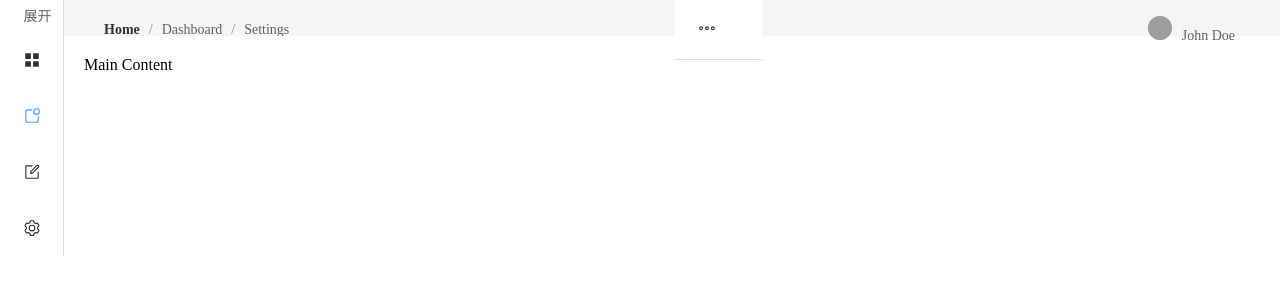
Repository: IsHexx/VerityX
Page: /home (app in front/)
These files come from the project's save history. The page is drawn as it stood at one moment and after a run of saves; the edit follows.
The browser window is 1280 px wide. The pictures show the whole page.
Pictures or frames that could not be fetched are drawn as grey boxes. The project was rebuilt for these pictures with package versions that can differ from the ones it lists, and the page was loaded fresh each time. Also part of the build but not shown: front/vue.config.js, front/src/components/UserlLogin.vue.

Above is the page before, as saved 2024-10-08 17:20:09.

### front/src/App.vue
<template>
  <router-view></router-view>
</template>

<script>
export default {
  name: 'App',
};
</script>

<style>
*{
 margin:0;
 padding:0
}
</style>

### front/src/router/index.js
import { createRouter, createWebHistory } from 'vue-router';
import UserLogin from '@/components/UserlLogin.vue';
import HomePage from '@/views/HomePage.vue';


const routes = [
  {
    path: '/login',
    name: 'Login',
    component: UserLogin
  },
  {
    path: '/home',  // 新增的导航页面路由
    name: 'Home',
    component: HomePage
  }
];

const router = createRouter({
  history: createWebHistory(),
  routes
});

// 路由守卫，检查登录状态
router.beforeEach((to, from, next) => {
  const token = localStorage.getItem('token');
  if (to.matched.some(record => record.meta.requiresAuth) && !token) {
    next({ name: 'Login' });
  } else {
    next();
  }
});

export default router;

### front/src/store/index.js
import { createStore } from 'vuex';
import { login } from '@/api/auth';

export default createStore({
    state: {
        user: null,
        token: null,
    },
    mutations: {
        SET_USER(state, user) {
            state.user = user;
        },
        SET_TOKEN(state, token) {
            state.token = token;
        },
        LOGOUT(state) {
            state.user = null;
            state.token = null;
        }
    },
    actions: {
        async login({ commit }, credentials) {
            try {
                const response = await login(credentials);
                const { user, token } = response.data;
                commit('SET_USER', user);
                commit('SET_TOKEN', token);
                return true;
            } catch (error) {
                console.error('登录失败:', error);
                return false;
            }
        },
        logout({ commit }) {
            commit('LOGOUT');
        }
    }
});

### front/src/views/HomePage.vue
<template>
    <div class="common-layout">
        <el-container>
            <!-- 侧边栏 -->
            <el-aside class="fixed-aside">
                <common-aside></common-aside>
            </el-aside>

            <!-- 右侧内容，Header 和 Main 为上下布局 -->
            <el-container direction="vertical">
                <!-- Header 部分 -->
                <el-header height="60px">
                    <common-header></common-header>
                </el-header>

                <!-- Main 部分 -->
                <el-main>
                    Main Content
                </el-main>
            </el-container>
        </el-container>
    </div>
</template>

<script>
import CommonHeader from "../components/CommonHeader.vue";
import CommonAside from "../components/CommonAside.vue";

export default {
    components: {
        CommonAside,
        CommonHeader,
    }
}
</script>

<style scoped>
.common-layout {
    height: 100vh; /* 设置整体布局占满整个视口高度 */
}

.fixed-aside {
  background-color: #ffffff;
  color: #333;
  height: calc(100vh);
  overflow-y: auto;
  width: auto;
  max-width: 200px;
  border-radius: 20px 0px 0px 20px;
}

.common-layout > .el-container {
    height: 100%;
}


.common-layout > .el-container > .el-container > .el-header {
    background-color: #f5f5f5;
    padding: 0 20px;
    height: 5%; /* 固定 Header 的高度 */
}

.common-layout > .el-container > .el-container > .el-main {
    padding: 20px;
    background-color: #fff;
    height: calc(100vh - 5%); /* Main 高度等于视口高度减去 Header 的高度 */
}
</style>

### front/src/api/auth.js
import axios from 'axios';

export function login(data) {
    return axios.post('/api/login', data);
}

### front/src/components/CommonHeader.vue
<template>
  <el-header class="header">
    <!-- 面包屑导航 -->
    <el-breadcrumb separator="/">
      <el-breadcrumb-item to="/">Home</el-breadcrumb-item>
      <el-breadcrumb-item>Dashboard</el-breadcrumb-item>
      <el-breadcrumb-item>Settings</el-breadcrumb-item>
    </el-breadcrumb>
    <el-menu
    :default-active="activeIndex"
    class="el-menu-demo"
    mode="horizontal"
    @select="handleSelect"
  >
    <el-menu-item index="1">Processing Center</el-menu-item>
    </el-menu>
    <!-- 用户名 + 下拉菜单 -->
    <div class="user-menu">
      <el-dropdown>
        <span class="el-dropdown-link">
          <el-avatar size="small" :src="userAvatar" class="avatar"></el-avatar>
          <span>{{ username }}</span>
          <i class="el-icon-arrow-down el-icon--right"></i>
        </span>
        <template #dropdown>
          <el-dropdown-menu>
            <el-dropdown-item @click="handleProfile">Profile</el-dropdown-item>
            <el-dropdown-item @click="handleLogout">Logout</el-dropdown-item>
          </el-dropdown-menu>
        </template>
      </el-dropdown>
    </div>
  </el-header>
</template>

<script setup>
import { ref } from 'vue'
import { useRouter } from 'vue-router'

const router = useRouter()

// 假设从 Vuex 或其他状态管理中获取用户名和头像
const username = ref('John Doe')
const userAvatar = ref('https://example.com/avatar.png')

const handleProfile = () => {
  // 跳转到用户资料页面
  router.push('/profile')
}

const handleLogout = () => {
  // 处理登出逻辑，比如清除用户状态并跳转到登录页面
  console.log('User logged out')
  router.push('/login')
}
</script>

<style scoped>
.header {
  display: flex;
  justify-content: space-between;
  align-items: center;
  padding: 0 20px;
  background-color: #f5f5f5;
  border-bottom: 1px solid #eaeaea;
}

.user-menu {
  display: flex;
  align-items: center;
}

.avatar {
  margin-right: 10px;
}
</style>

### front/src/components/CommonAside.vue
<template>
  <div class="aside">
    <el-menu
      default-active="2"
      class="el-menu-vertical-demo"
      :collapse="isCollapse"
      @open="handleOpen"
      @close="handleClose"
    >
      <el-button
        :icon="isCollapse ? 'el-icon-arrow-right' : 'el-icon-arrow-down'"
        @click="toggleCollapse"
        style="width: 55px; border: 0px"
      >
        {{ isCollapse ? "展开" : "折叠" }}
      </el-button>
      <el-sub-menu index="1">
        <template #title>
          <el-icon><House /></el-icon>
          <span>Navigator One</span>
        </template>
        <el-menu-item-group>
          <el-menu-item index="1-1">item one</el-menu-item>
          <el-menu-item index="1-2">item two</el-menu-item>
        </el-menu-item-group>
          <el-menu-item index="1-3">item three</el-menu-item>
          <el-menu-item index="1-3">item four</el-menu-item>
      </el-sub-menu>
      <el-menu-item index="2">
        <el-icon><Notification /></el-icon>
        <template #title>Navigator Two</template>
      </el-menu-item>
      <el-menu-item index="3">
        <el-icon><Edit /></el-icon>
        <template #title>Navigator Three</template>
      </el-menu-item>
      <el-menu-item index="4">
        <el-icon><setting /></el-icon>
        <template #title>Navigator Four</template>
      </el-menu-item>
    </el-menu>
  </div>
</template>

  <script  setup>
import { ref } from "vue";
import {
  Menu as House,
  Edit,
  Notification,
  Setting,
} from "@element-plus/icons-vue";

const isCollapse = ref(true);

const toggleCollapse = () => {
  isCollapse.value = !isCollapse.value;
};
const handleOpen = (key) => {
  console.log(key);
};
const handleClose = (key) => {
  console.log(key);
};
</script>

  <style>
.aside {
  background-color: #ffffff;
}
.el-menu-vertical-demo:not(.el-menu--collapse) {
  width: 100%;
  height: 100%; /* 确保菜单占据整个父容器高度 */
  /*overflow-y: clip; !* 使菜单内容滚动 *!*/
  /* min-height: 400px; */
  background-color: #ffffff;
}
</style>

Loaded but not shown: front/public/index.html (common file); front/src/main.js (common file)

After the next 3 saves:
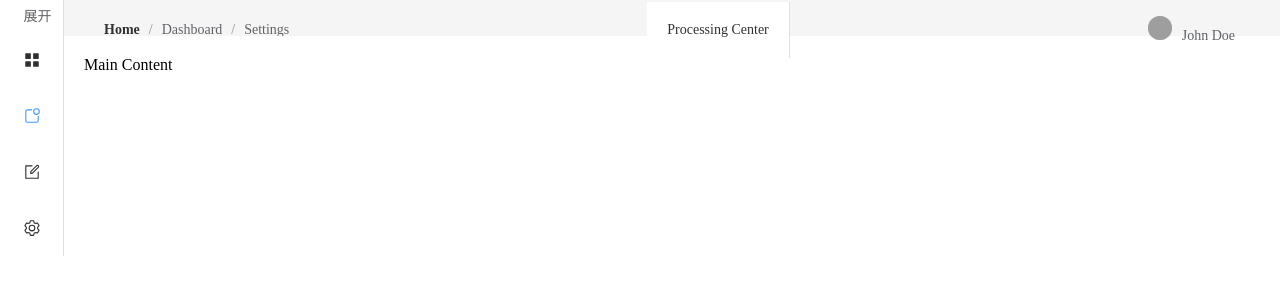
The 3 saves are shown as one change because 1 did not build or start and some came seconds apart.
The last was saved 37 s later.
--- a/front/src/components/CommonHeader.vue
+++ b/front/src/components/CommonHeader.vue
@@ -7,10 +7,7 @@
       <el-breadcrumb-item>Settings</el-breadcrumb-item>
     </el-breadcrumb>
     <el-menu
-    :default-active="activeIndex"
-    class="el-menu-demo"
-    mode="horizontal"
-    @select="handleSelect"
+
   >
     <el-menu-item index="1">Processing Center</el-menu-item>
     </el-menu>

After the 2 saves that followed:
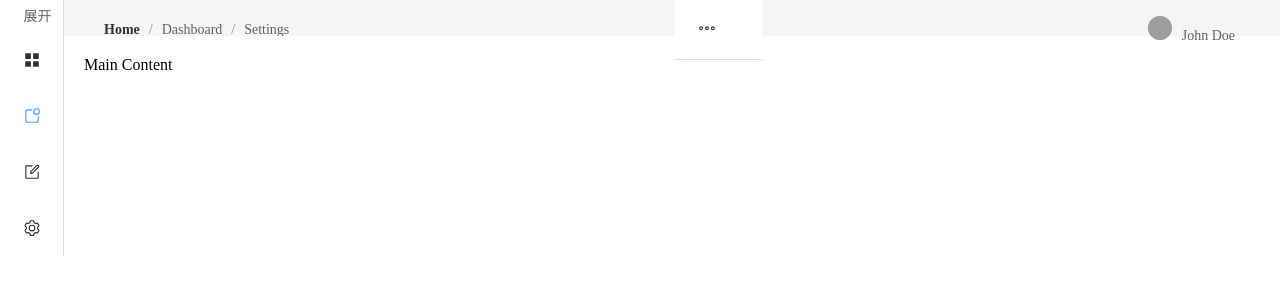
The 2 saves are shown as one change because 1 left the picture as it was.
The last was saved 32 s later.
--- a/front/src/components/CommonHeader.vue
+++ b/front/src/components/CommonHeader.vue
@@ -7,7 +7,9 @@
       <el-breadcrumb-item>Settings</el-breadcrumb-item>
     </el-breadcrumb>
     <el-menu
-
+    :default-active="activeIndex"
+    class="el-menu-demo"
+    mode="horizontal"
   >
     <el-menu-item index="1">Processing Center</el-menu-item>
     </el-menu>
